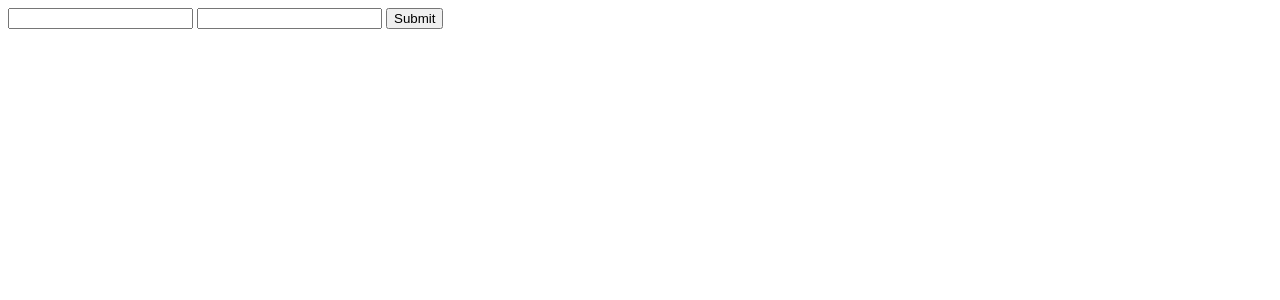
Repository: keshubro/Servlet-JSP
Page: SimpleServletProject/WebContent/SimpleForm.html
The author's editor kept a copy of each file at every save. The page is drawn from the files as they stood at one save, then again after the next save.
The browser window is 1280 px wide. The pictures show the whole page.

Above is the page before, as saved 2018-10-15 10:42:26.

After the next save:
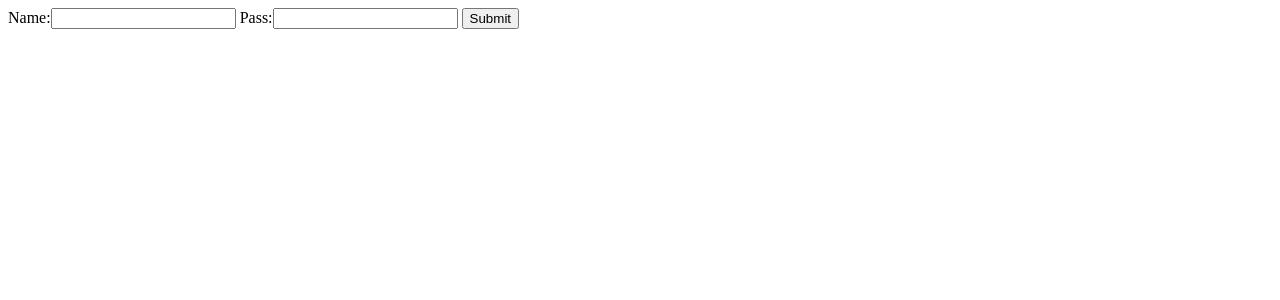
Saved 20 s later.
--- a/SimpleServletProject/WebContent/SimpleForm.html
+++ b/SimpleServletProject/WebContent/SimpleForm.html
@@ -6,8 +6,8 @@
 </head>
 <body>
 	<form action="${pageContext.request.contextPath}/login">
-	    <input type="text" name="username">
-	    <input type="password" name="password">
+	    Name:<input type="text" name="username">
+	    Pass:<input type="password" name="password">
 	    <input type="submit">
 	</form>
 </body>
